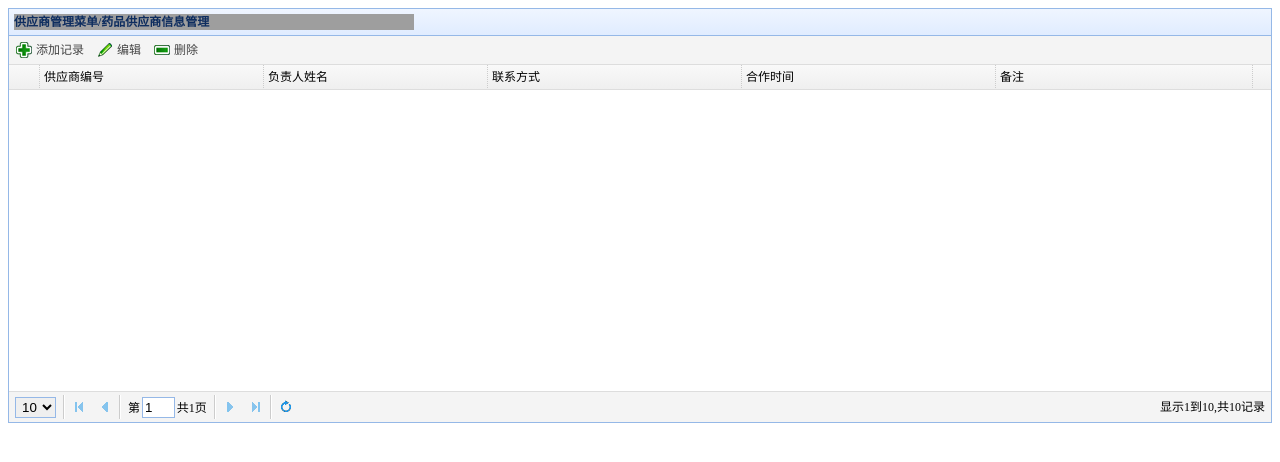
Repository: xnmll/jsp-mysql-mini-system
Page: finally/Member/WebRoot/store_yaopin.html
These files come from the project's save history. The page is drawn as it stood at one moment and after the next save; the edit follows.
The browser window is 1280 px wide. The pictures show the whole page.
Pictures or frames that could not be fetched are drawn as grey boxes. The page's requests for data from a server got no answer.

Above is the page before, as saved 2018-05-03 04:12:20.

After the next save:
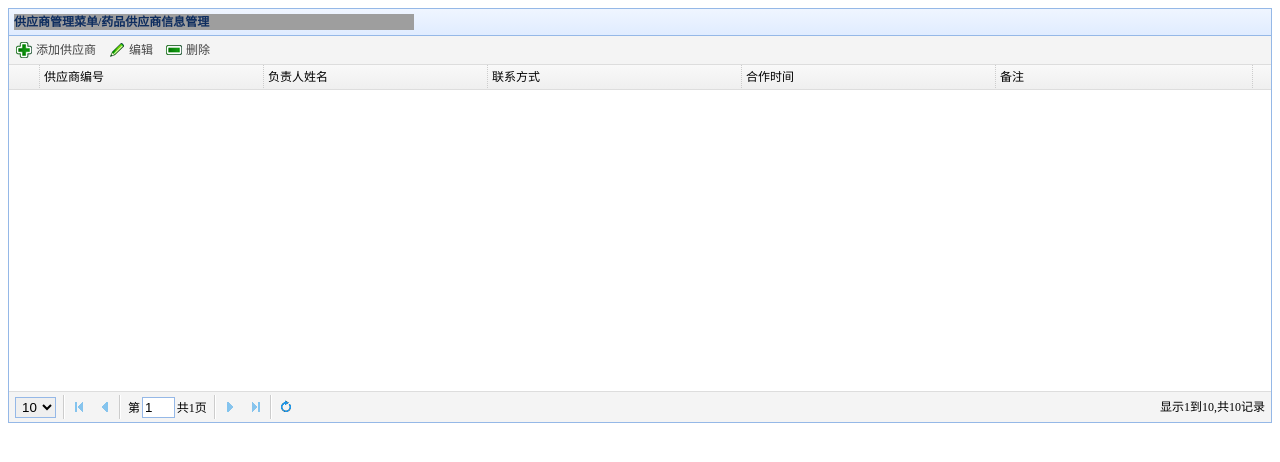
Saved 4 s later.
--- a/finally/Member/WebRoot/store_yaopin.html
+++ b/finally/Member/WebRoot/store_yaopin.html
@@ -122,7 +122,7 @@
 	</table>
 	<div id="toolbar">
 		<a href="javascript:void(0)" class="easyui-linkbutton"
-			iconCls="icon-add" plain="true" onclick="newCard()">添加记录</a> <a
+			iconCls="icon-add" plain="true" onclick="newCard()">添加供应商</a> <a
 			href="javascript:void(0)" class="easyui-linkbutton"
 			iconCls="icon-edit" plain="true" onclick="editCard()">编辑</a> <a
 			href="javascript:void(0)" class="easyui-linkbutton"
